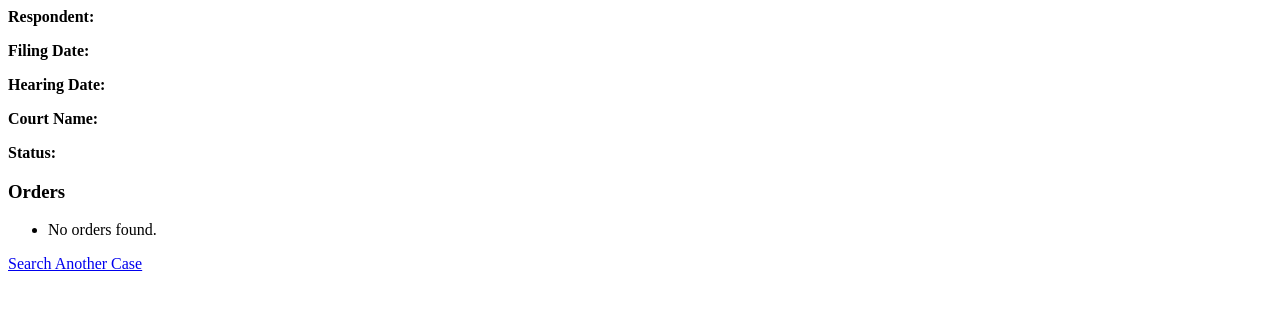
Repository: moatazbenma/Internship_task
Page: http://localhost/results/
An editor plug-in stored every save of this project. The page is shown before and after the next save, followed by the edit.
The browser window is 1280 px wide. The pictures show the whole page.
The page is served by the project's application, run on Django 5.2 (court_project/manage.py).

Above is the page before, as saved 2025-08-03 03:56:09.

After the next save:
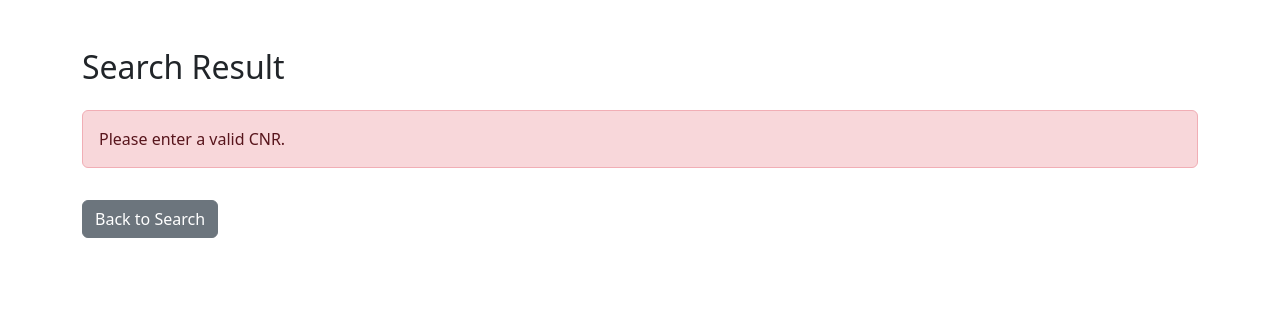
Saved 2 min 50 s later.
--- a/court_projects/court_project/case_search/templates/case_search/search_result.html
+++ b/court_projects/court_project/case_search/templates/case_search/search_result.html
@@ -1,18 +1,33 @@
-<p><strong>Respondent:</strong> {{ case.respondent }}</p>
-<p><strong>Filing Date:</strong> {{ case.filing_date }}</p>
-<p><strong>Hearing Date:</strong> {{ case.hearing_date }}</p>
-<p><strong>Court Name:</strong> {{ case.court_name }}</p>
-<p><strong>Status:</strong> {{ case.status }}</p>
+{% load static %}
+<!DOCTYPE html>
+<html lang="en">
+<head>
+    <meta charset="UTF-8">
+    <title>Case Search Result</title>
+    <link href="https://cdn.jsdelivr.net/npm/bootstrap@5.3.0/dist/css/bootstrap.min.css" rel="stylesheet">
+</head>
+<body>
+<div class="container mt-5">
+    <h2 class="mb-4">Search Result</h2>
 
-<h3>Orders</h3>
-<ul>
-  {% for order in case.orders.all %}
-    <li>
-      <strong>{{ order.date }}</strong> - {{ order.summary }}
-      [<a href="{{ order.pdf_url }}" target="_blank">View PDF</a>]
-    </li>
-  {% empty %}
-    <li>No orders found.</li>
-  {% endfor %}
-</ul>
-<a href="{% url 'case_search:search' %}">Search Another Case</a>
+    {% if error %}
+        <div class="alert alert-danger">{{ error }}</div>
+    {% elif case %}
+        <div class="card">
+            <div class="card-body">
+                <h5 class="card-title">Case Number: {{ case.case_number }}</h5>
+                <p class="card-text"><strong>Petitioner:</strong> {{ case.petitioner }}</p>
+                <p class="card-text"><strong>Respondent:</strong> {{ case.respondent }}</p>
+                <p class="card-text"><strong>Status:</strong> {{ case.status }}</p>
+                <p class="card-text"><strong>Filing Date:</strong> {{ case.filing_date }}</p>
+                <!-- Add more fields if needed -->
+            </div>
+        </div>
+    {% else %}
+        <div class="alert alert-warning">No case data available.</div>
+    {% endif %}
+
+    <a href="{% url 'case_search:search_form' %}" class="btn btn-secondary mt-3">Back to Search</a>
+</div>
+</body>
+</html>
